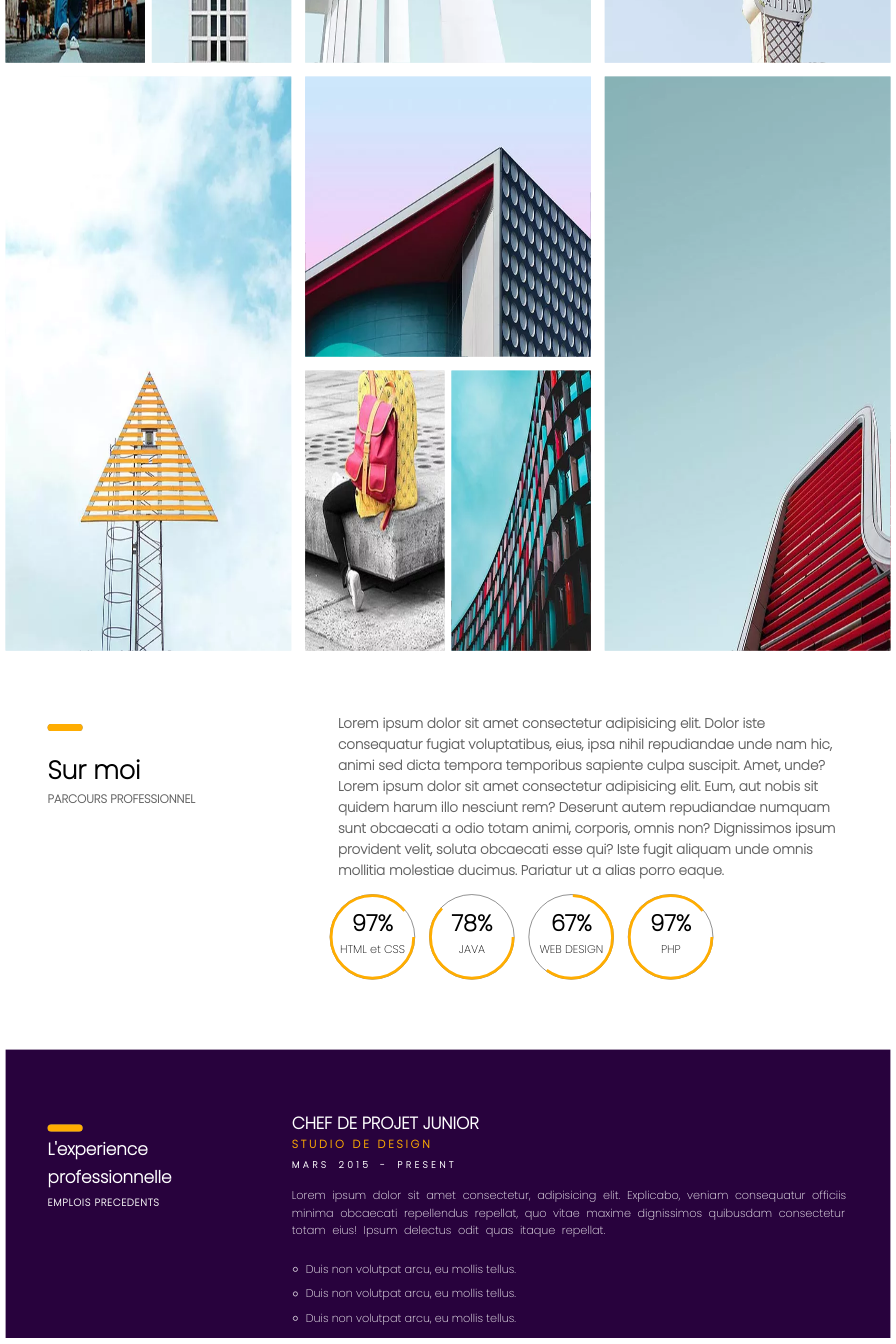
Repository: wadelfadill/CV_PORTFOLIO
Page: index.html
An editor plug-in stored every save of this project. The page is shown before and after the next save, followed by the edit.
The browser window is 1280 px wide. The pictures show the part of the page from y = 1758 to 3678 px (the page is 3678 px tall), at 70% of full size.
Some icons come from a web library that is not loaded, so they are not drawn. Backgrounds fixed to the window are drawn as part of the page.

Above is the page before, as saved 2023-03-16 12:15:10.

### index.html
<!DOCTYPE html>
<html lang="fr">
<head>
    <meta charset="UTF-8">
    <meta http-equiv="X-UA-Compatible" content="IE=edge">
    <meta name="viewport" content="width=device-width, initial-scale=1.0">
    <title>CV - Portfolio</title>
    <link rel="stylesheet" href="style.css">
    <link rel="stylesheet" href="path/to/font-awesome/css/font-awesome.min.css">
    <link href="/fontawesome/css/all.css" rel="stylesheet">
    <link href="/fontawesome/css/fontawesome.css" rel="stylesheet">
    <link href="/fontawesome/css/brands.css" rel="stylesheet">
    <link href="/fontawesome/css/solid.css" rel="stylesheet">
    <link rel="stylesheet" href="/fontawesome/css/regular.css">
    <link rel="preconnect" href="https://fonts.googleapis.com">
    <link rel="stylesheet" href="/fontawesome/css/all.min.css">
    <link rel='stylesheet' href='https://cdn-uicons.flaticon.com/uicons-brands/css/uicons-brands.css'>
    <link rel="stylesheet" href="https://cdn-uicons.flaticon.com/uicons-regular-straight/css/uicons-regular-straight.css">
<link rel="preconnect" href="https://fonts.gstatic.com" crossorigin>
<link href="https://fonts.googleapis.com/css2?family=Manrope&family=Montserrat&family=Poppins:wght@200&family=Roboto&display=swap" rel="stylesheet">
</head>
<body>
    <header>
        <div class="head">
            <div class="address">
                <div class="add-1">
                    <div class="add-icone"><i class="fi fi-rs-marker"></i></div>
                    <div class="add-text">3008, promenade Sarah <br> Franklin, LA 70538</div>
                </div>
                <div class="add-1">
                    <div class="add-icone"><i class="fi fi-rs-phone-call"></i></div>
                    <div class="add-text">337-4139538 <br> MIN - VEN, 8 AM - 19 PM</div>
                </div>
                <div class="add-1">
                    <div class="add-icone"><i class="fi fi-rs-messages"></i></div>
                    <div class="add-text">contact@gmail.com <br>REPONSE EN 24 HEURES</div>
                </div>
            </div>
            <div class="download">
                <a href="#" class="button">Telecharger CV</a>
            </div>
        </div>
        <div class="head_2">
           <div class="presentation">
            <div class="img">
                <img src="images/profile.jpg" alt="profile" class="profil">
                <h2>Michel SMith</h2>
                <h3 >Responsable d'Affaires</h3>
            </div>
            <div class="rest">
                <ul>
                    <li><b>NE :</b> 25 aout 1985</li>
                    <li class="courriel"><b>COURRIEL :</b> mymith@mywebpage.com</li>
                    <li><b>ETAT CIVIL :</b> Marie</li>
                </ul>
            </div>
            <div class="social">
                <ul class="social-reseau">
                    <li><a href=""><i class="fi fi-brands-pinterest"></i></a></li>
                    <li><a href=""><i class="fi fi-brands-linkedin"></i></a></li>
                    <li><a href=""><i class="fi fi-brands-instagram"></i></a></li>
                    <li><a href=""><i class="fi fi-brands-facebook"></i></a></li>
                    <li><a href=""><i class="fi fi-brands-twitter"></i></a></li>
                </ul>
            </div>

           </div>
        </div>
    </header>
    <main>
        <div class="portfolio">
            <div class="head-portfolio">
                <div class="title-portfolio">
                    <progress value="100" max="100" class="progress"></progress>
                    <h2>Portfolio</h2>
                    <h5>MON TRAVAIL</h5>
                </div>
                <div class="album-link" id="grid">
                    <a href="#grid"><b>TOUT</b></a>
                    <a href="#grid" class="web-link"><b>CREATION DE SITES WEB</b></a>
                    <a href="#grid"><b>L'IMAGE DE MARQUE</b></a>
                    <a href="#grid"><b>CONCEPTION GRAPHIQUE</b></a>
                </div>
            </div>
            <div class="grid">
                <div class="elem one web"><a href="images/portfolio_1.jpg"><img src="images/portfolio_1.jpg" alt=""></a></div>
                <div class="elem two"><a href="images/portfolio_2.jpg"> <img src="images/portfolio_2.jpg" alt=""></a></div>
                <div class="elem three web"><a href="images/portfolio_3.jpg"><img src="images/portfolio_3.jpg" alt=""></a></div>
                <div class="elem four">
                    <div class="four-1">
                        <a href="images/portfolio_4_1.jpg"><img src="images/portfolio_4_1.jpg" alt=""></a>
                    </div>
                    <div class="four-2">
                        <a href="images/portfolio_4_2.jpg"><img src="images/portfolio_4_2.jpg" alt=""></a>
                    </div>
                </div>
                <div class="elem five"><a href="images/portfolio_5.jpg"><img src="images/portfolio_5.jpg" alt=""></a></div>
                <div class="elem six"><a href="images/portfolio_6.jpg"><img src="images/portfolio_6.jpg" alt=""></a></div>
                <div class="elem seven web"><a href="images/portfolio_7.jpg"><img src="images/portfolio_7.jpg" alt=""></a></div>
                <div class="elem eight web"><a href="images/portfolio_8.jpg"><img src="images/portfolio_8.jpg" alt=""></a></div>
                <div class="elem nine">
                    <div class="nine-1">
                        <a href="images/portfolio_9_1.jpg"><img src="images/portfolio_9_1.jpg" alt=""></a>
                    </div>
                    <div class="nine-2">
                        <a href="images/portfolio_9_2.jpg"><img src="images/portfolio_9_2.jpg" alt=""></a>
                    </div>
                </div>
            </div>
        </div>
        <div class="parcou-pro">
            <div class="head-parcou-pro">
                <div class="title-parcou-pro">
                    <progress value="100" max="100" class="progress"></progress>
                    <h2>Sur moi</h2>
                    <h5>PARCOURS PROFESSIONNEL</h5>
                </div>
                <div class="parcou-pro-content">
                    <p>
                        Lorem ipsum dolor sit amet consectetur
                        adipisicing elit. Dolor iste consequatur
                        fugiat voluptatibus, eius, ipsa nihil
                        repudiandae unde nam hic, animi sed dicta
                        tempora temporibus sapiente culpa suscipit.
                        Amet, unde?
                        Lorem ipsum dolor sit amet consectetur adipisicing elit.
                        Eum, aut nobis sit quidem harum illo nesciunt rem?
                         Deserunt autem repudiandae numquam sunt obcaecati
                         a odio totam animi, corporis, omnis non?
                        Dignissimos ipsum provident velit, soluta obcaecati esse qui?
                         Iste fugit aliquam unde omnis mollitia molestiae ducimus.
                         Pariatur ut a alias porro eaque.
                    </p>
                </div>
            </div>
            <div class="competence-level">
                <div class="circle circle-1">
                    <svg>
                        <circle cx="95px" cy="86px" r="59px" fill="none"></circle>
                    </svg>
                    <div class="code">
                        <h1>97%</h1>
                        <p>HTML et CSS</p>
                    </div>
                </div>
                <div class="circle circle-2">
                    <svg>
                        <circle cx="95px" cy="86px" r="59px" fill="none"></circle>
                    </svg>
                    <div class="code">
                        <h1>78%</h1>
                        <p>JAVA</p>
                    </div>
                </div>
                <div class="circle circle-3">
                    <svg>
                        <circle cx="95px" cy="86px" r="59px" fill="none"></circle>
                    </svg>
                    <div class="code">
                        <h1>67%</h1>
                        <p>WEB DESIGN</p>
                    </div>
                </div>
                <div class="circle circle-4">
                    <svg>
                        <circle cx="95px" cy="86px" r="59px" fill="none"></circle>
                    </svg>
                    <div class="code">
                        <h1>97%</h1>
                        <p>PHP</p>
                    </div>
                </div>
            </div>
        </div>
        <div class="exp-pro">
            <div class="head-parcou-pro">
                <div class="title-exp-pro">
                    <progress value="100" max="100" class="progress"></progress>
                    <h2>L'experience <br> professionnelle</h2>
                    <h5>EMPLOIS PRECEDENTS</h5>
                </div>
                <div class="exp-pro-content">
                    <div class="exp-1">
                        <h2>CHEF DE PROJET JUNIOR</h2>
                        <h4>STUDIO DE DESIGN</h4>
                        <h5>MARS 2015 - PRESENT</h5>
                        <P>Lorem ipsum dolor sit amet consectetur, adipisicing elit.
                             Explicabo, veniam consequatur officiis minima obcaecati
                             repellendus repellat, quo vitae maxime dignissimos quibusdam
                              consectetur totam eius! Ipsum delectus odit quas itaque repellat.
                        </P>
                        <ul>
                            <li>Duis non volutpat arcu, eu mollis tellus.</li>
                            <li>Duis non volutpat arcu, eu mollis tellus.</li>
                            <li>Duis non volutpat arcu, eu mollis tellus.</li>
                        </ul>
                    </div>
                    <div>

                    </div>
                </div>
            </div>
        </div>
    </main>
    <footer>
    </footer>
</body>
</html>

### style.css
body{

    font-family: 'Poppins';
}
header{
    color: white;
    margin: 0;
    width: 100%;
    height: 530px;
    padding-top: 20px;
    background-image: linear-gradient(rgba(0, 0, 0, 0.4),
    rgba(0, 0, 0, 0.4)), url("images/background.jpg");
    background-size: cover;
    opacity: 1;
    background-attachment: fixed;
    z-index: 0;
    display: flex;
    justify-content: space-between;
    flex-direction: column;
    gap: 100px;
    margin-bottom: 250px;
}
.address{
    background-color: #FFAD01;
    padding: 20px;
    display: flex;
    justify-content: space-between;
    border-radius: 5px;
    z-index: 100;


}
.add-1{
    display: flex;
    justify-content: space-between;
    align-items: center;
    gap: 10px;
}
.head{
    display: flex;
    flex-direction: column;
    justify-content: space-between;
    gap: 40px;
    padding-left: 10%;
    padding-right: 10%;


}
.download{
   align-self: flex-end;
   margin: 0;
   height: 100px;
}
.download a{
    margin: 0;
    padding-top: 10px;
    padding-bottom: 10px;
    padding-right: 20px;
    padding-left: 20px;
    background-color: #FFAD01;
    align-self: flex-end;
    color: white;
    text-decoration: none;
    border-radius: 5px;

}
.download:hover {
    transform: translate(0, -5px);
    transition: 0.3s;
}

.profil{
    border-radius: 100%;
    position: relative;
    top: -80px;
    width: 200px;
    height: 200px;
    margin: -50px;
}
.add-icone i{
    font-size: 25px;
    font-weight: 500;
    font-style: normal;
}

.presentation{

    margin: auto;
    width: 50%;
    background-color: white;
    display: flex;
    flex-direction: column;
    align-items: center;
    color: black;
    margin-bottom: 100px;

}
.social-reseau a{
    display: inline-block;
    color: white;
    text-decoration: none;
    background-color: #887392;
    width: 35px;
    height: 35px;
    border-radius: 20px;
    line-height: 35px;

}
.social-reseau a i{
    display: inline-block;
    width: 14px;
    height: 23px;
    margin: auto;
    margin-left: 10px;
    margin-top: 2px;
}
.social{
    margin: 0;
    padding: 0;
}
.social-reseau{
    margin-left: 0;
    padding: 0;
    display: flex;
    justify-content: flex-start;
    gap: 20px;
    align-items: flex-start;

}
li{
    list-style: none;
}
.img{
    line-height: 30px;
    display: flex;
    flex-direction: column;
    justify-content: flex-start;
    align-items: center;
}
.img h2{
    word-spacing: 10px;
    letter-spacing: 5px;
    font-weight: 1500;
    margin: 0;
}
.img h3{
    margin: 0;
    color: #FFAD01;
}
.courriel{
    position: relative;
    left: -50px;

}
.social-reseau a:hover{
    background-color: #FFAD01;
    transition: .2s;
    transform: scale(1.1);
}
.title-portfolio h2, .title-portfolio h5, .title-parcou-pro h2, .title-parcou-pro h5{
    margin: 0;
    padding: 0;

}
.title-portfolio h2, .title-parcou-pro h2{
    padding-top: 30px;
}
.title-portfolio, .title-parcou-pro{
    font-size: 1.5em;
    line-height: 40px;

}
.title-portfolio h5, .title-parcou-pro h5{
    color:#0000009e;
    font-size: 0.7em;
}
.album-link{
    padding-top: 50px;
}
.album-link a{
    color: black;
    text-decoration: none;
    margin: 10px;
    font-size: 1.2em;
    font-weight: 900;
}
.album-link a:link{
    color: black;
}
/* .album-link a:visited{
    color: #FFAD01;
} */
.album-link a:active{
    color: #FFAD01;
}
.head-portfolio{
    display: flex;
    flex-direction: row;
    justify-content: flex-start;
    align-items: last baseline;
    gap: 20%;
    margin-left: 60px;
}
.progress{
    width: 50px;
    appearance: none;
    height: 10px;
}
.progress::-webkit-progress-value{
    border-radius: 10px;
    background-color: #FFAD01;
}
.progress::-webkit-progress-bar{
    border-radius: 10px;
}
.album-link a:hover{
    color: #FFAD01;
}
.grid{
    margin-top: 70px;
    display: grid;
    grid-template-columns: 1fr 1fr 1fr;
    grid-template-rows: 400px 400px 400px 400px;
    column-gap: 20px;
    row-gap: 20px;
}
.two{
    grid-row: 1/3;
    background: url("images/portfolio_2.jpg");
    background-size: cover;
    background-position: center;
    grid-column-start: 2;
}
.one{
    background: url("images/portfolio_1.jpg");
    background-size: cover;
    background-position: center;
}
.elem a img, .four-1 a img, .four-2 a img, .nine-1 a img, .nine-2 a img{
    width: 100%;
    height: 100%;
}
.elem a:active{
    transition: 0.3s;
}
.elem a:active img{
    background-color: rgba(0, 0, 0, 0.45);
}
.three{
    background: url("images/portfolio_3.jpg");
    background-size: cover;
    background-position: center;
}
.four{
    display: flex;
    justify-content: space-between;
    gap: 10px;
}
.four-1{
    width: 90%;
    height: 400px;
    background: url("images/portfolio_4_1.jpg");
    background-size: cover;
    background-position: center;
}
.four-2{
    width: 90%;
    height: 400px;
    background: url("images/portfolio_4_2.jpg");
    background-size: cover;
    background-position: center;
}
.five{
    background: url("images/portfolio_5.jpg");
    background-size: cover;
    background-position: center;
}
.six{
    grid-row: 3/5;
    grid-column-start: 1;
    background: url("images/portfolio_6.jpg");
    background-size: cover;
    background-position: center;
}
.seven{
    background: url("images/portfolio_7.jpg");
    background-size: cover;
    background-position: center;
}
.eight{
    grid-row: 3/5;
    grid-column-start: 3;
    background: url("images/portfolio_8.jpg");
    background-size: cover;
    background-position: center;
}
.nine{
    display: flex;
    justify-content: space-between;
    gap: 10px;

}
.nine-1{
    width: 90%;
    height: 400px;
    background: url("images/portfolio_9_1.jpg");
    background-size: cover;
    background-position: center;
}
.nine-2{
    width: 90%;
    height: 400px;
    background: url("images/portfolio_9_2.jpg");
    background-size: cover;
    background-position: center;
}
.head-parcou-pro{
    display: flex;
    flex-direction: row;
    justify-content: flex-start;
    align-items: first baseline;
    gap: 15%;
    margin-left: 60px;
    margin-right: 60px;
}
.title-parcou-pro{
    width: 30%;
}
.parcou-pro-content{
    width: 90%;
    font-size: 1.2em;
    font-weight: 700;
    line-break: auto;
    line-height: 30px;
    text-align: left;
    color: #0000009e;

}
.parcou-pro{
    margin-top: 70px;
    margin-bottom: 100px;
}
.progress-competence{
    appearance: none;
    height: 13px;

}
.circle{
    width: 120px;
    height: 120px;
    border-radius: 100px;
    border: 1px solid #0000009e;
    margin: 0;
    padding: 0;
}
/*
.circle::after{
    position: absolute;
    content: '';
    top: -4px;
    left: -4px;
    right: -4px;
    bottom: -4px;
    width: 200px;
    height: 200px;
    border-radius: 50%;
    border: 4px solid #FFAD01;
    margin: 0;
    padding: 0;


} */

.competence-level{
    width: 80%;
    display: flex;
    flex-direction: row;
    justify-content: flex-end;
    gap: 20px;
    margin-right: 100px;
}
.circle-1 svg circle{
    display: block;
    margin: auto;
    stroke: #FFAD01;
    stroke-dasharray: 350;
    stroke-dashoffset: 350;
    stroke-width: 4px;
    bottom: 20px;
    right: 20px;
    animation: circle 2s forwards;
}
.circle-2 svg circle{
    display: block;
    margin: auto;
    stroke: #FFAD01;
    stroke-dasharray: 250;
    stroke-dashoffset: 190;
    stroke-width: 4px;
    bottom: 20px;
    right: 20px;
    animation: circle 2s forwards;
}
.circle-3 svg circle{
    display: block;
    margin: auto;
    stroke: #FFAD01;
    stroke-dasharray: 150;
    stroke-dashoffset: 1;
    stroke-width: 4px;
    bottom: 20px;
    right: 20px;
    animation: circle 2s forwards;
}
.circle-4 svg circle{
    display: block;
    margin: auto;
    stroke: #FFAD01;
    stroke-dasharray: 350;
    stroke-dashoffset: 1;
    stroke-width: 4px;
    bottom: 20px;
    right: 20px;
    animation: circle 2s forwards;
}
svg{
    transform: translate(-35px, -26px);

}
@keyframes circle{
    to{
        stroke-dashoffset: 20;
    }
}
.code{
    position: relative;
    bottom: 140px;

    text-align: center;

}
.code h1{
    padding: 0;
    margin: 0;
}
.code p{
    padding: 0;
    margin: 0;
}
.exp-pro{
    background-color: #28023D;
    padding-top: 90px;
    color: white;
}
.head-exp-pro{
    display: flex;
    flex-direction: row;
    justify-content: flex-start;
    align-items: baseline;
    gap: 15%;
    margin-left: 60px;
    margin-right: 60px;
}
.title-exp-pro h2{
    font-size: 1.5em;
    line-height: 40px;
    padding: 0;
    margin: 0;
}
.title-exp-pro h5{
    color:whitesmoke;
    font-size: 0.9em;
    padding: 0;
    margin: 0;
    letter-spacing: 1px;
}
.title-exp-pro{
    line-height: 30px;
}
.-exp-pro-content{

}
.exp-1 h2, .exp-1 h4, .exp-1 h5{
    margin: 0;
    padding: 0;
    line-height: 30px;
}
.exp-1 h4{
    color: #FFAD01;
    letter-spacing: 4px;
}
.exp-1 h5{
    word-spacing: 4px;
    letter-spacing: 5px;
}
.exp-1 ul{
    margin-top: 30px;
    margin-left: 20px;
    padding-left: 0;

}
.exp-1 li{
    list-style-type: circle;
    margin-top: 10px;
    margin-left: 0;
    padding-top: 0;

}
.exp-1 p{
    word-spacing: 5px;

}
exp-1{
    display: flex;
    flex-direction: column;
    justify-content: first baseline;
    align-items: first baseline;
}

Loaded but not shown: fontawesome/css/all.css (library); fontawesome/css/fontawesome.css (library); fontawesome/css/solid.css (common file); fontawesome/css/regular.css (common file); fontawesome/css/all.min.css (library); fontawesome/css/brands.css (1522 lines, source omitted)

After the next save:
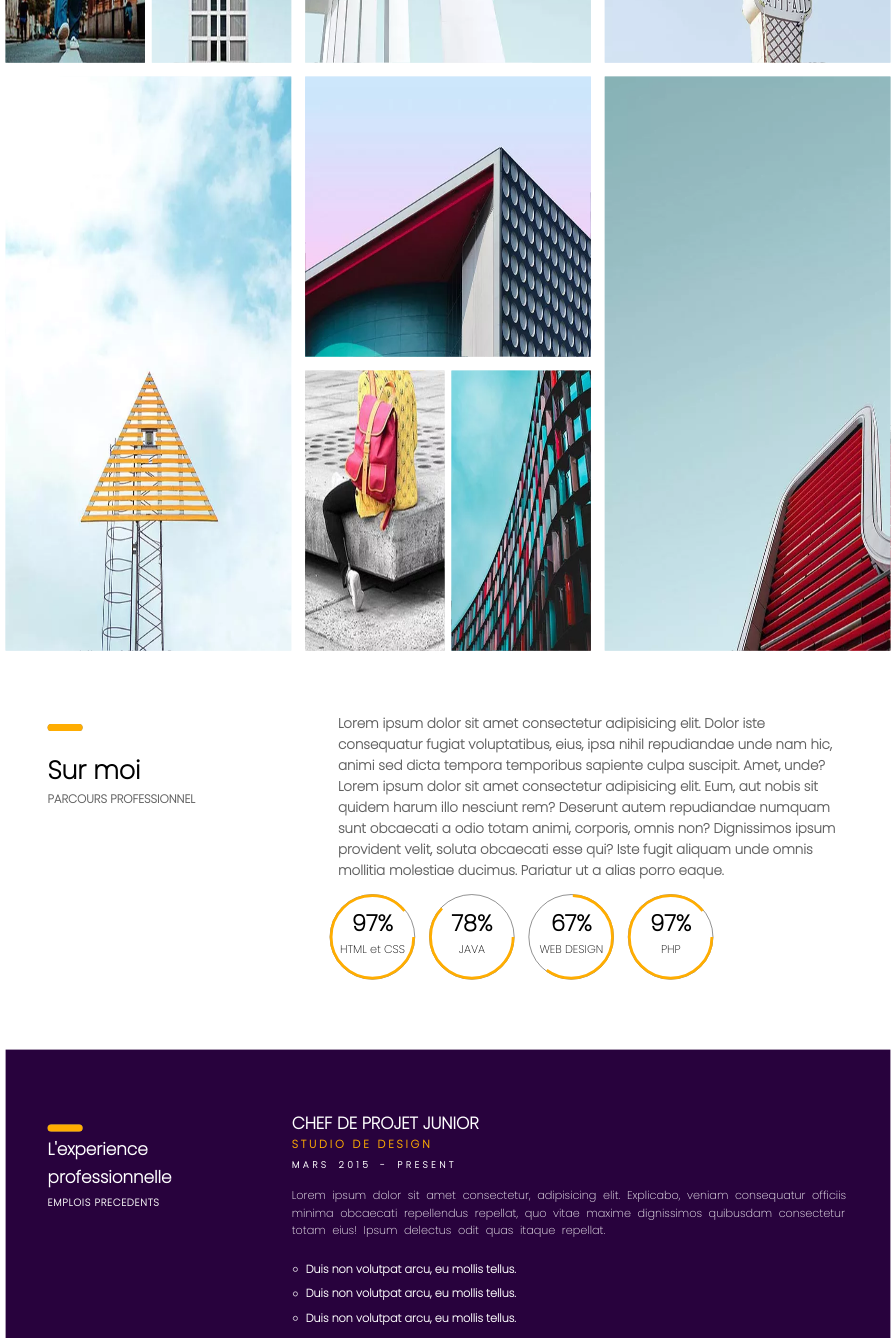
Saved 18 s later.
--- a/style.css
+++ b/style.css
@@ -504,6 +504,7 @@ svg{
     margin-top: 10px;
     margin-left: 0;
     padding-top: 0;
+    font-weight: 900;
 
 }
 .exp-1 p{
